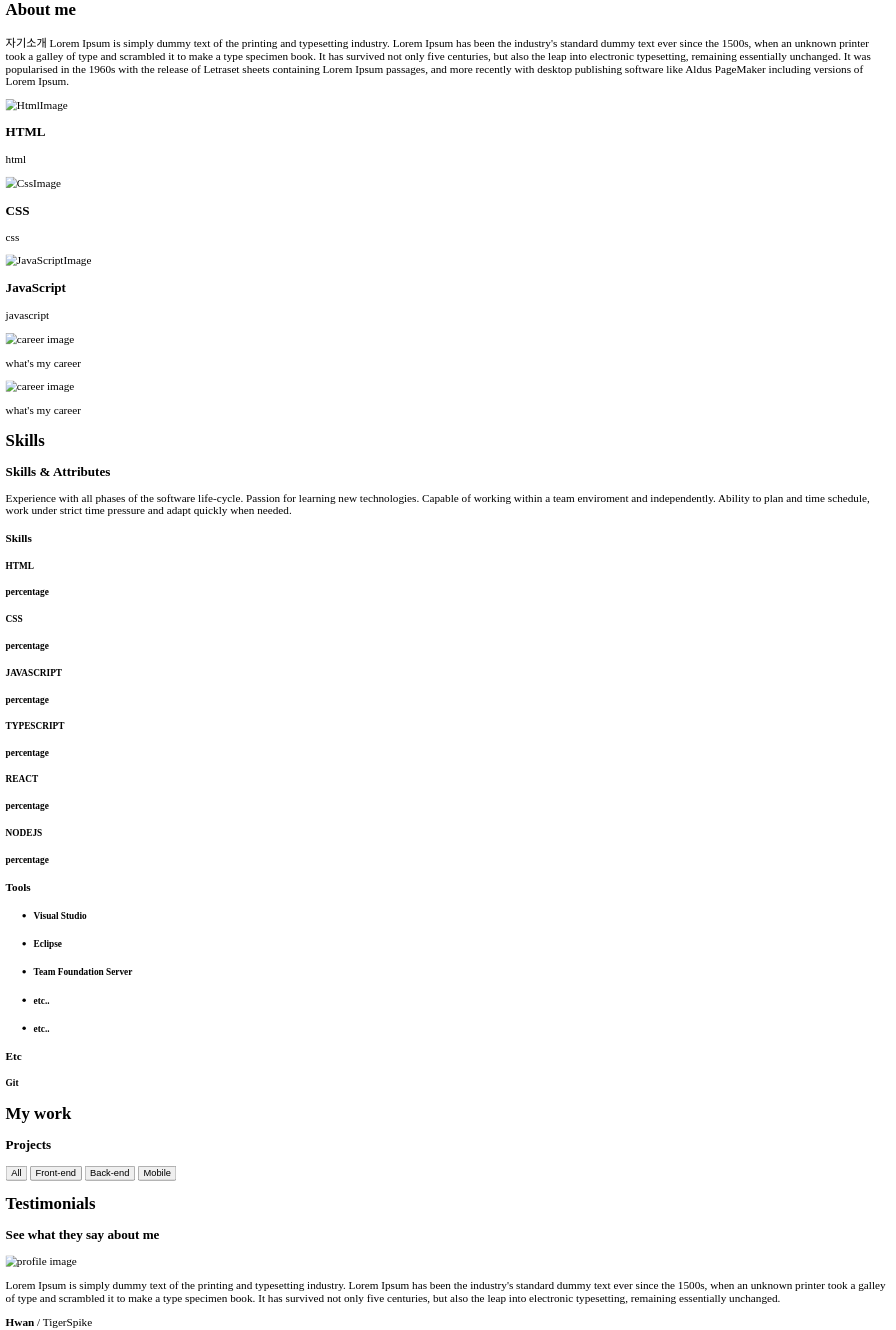
Repository: dhchun1203/Portfolio
Page: index.html
An editor plug-in stored every save of this project. The page is shown before and after the next save, followed by the edit.
The browser window is 1280 px wide. The pictures show the part of the page from y = 652 to 2552 px (the page is 2811 px tall before and 2585 px after), at 70% of full size.
A picture or video elsewhere on the page could not be fetched, so the positions and the page height are approximate. Some web libraries are served in a nearby version.

Above is the page before, as saved 2020-12-03 21:49:33.

### index.html
<!DOCTYPE html>
<html lang="en">
	<head>
		<meta charset="UTF-8" />
		<meta name="viewport" content="width=device-width, initial-scale=1.0" />
		<title>Hwan's Portfolio</title>
		<meta
			name="description"
			content="portfolio for world-renowned software engineer Hwan"
		/>
		<meta name="author" content="Hwan" />
		<link rel="icon" type="image/png" href="imgs/favicon.png" />
		<script
			src="https://kit.fontawesome.com/8b98a99811.js"
			crossorigin="anonymous"
		></script>
		<link rel="preconnect" href="https://fonts.gstatic.com" />
		<link
			href="https://fonts.googleapis.com/css2?family=Open+Sans:wght@400;600;700&display=swap"
			rel="stylesheet"
		/>
		<link rel="stylesheet" href="style.css" />
		<script src="main.js" defer></script>
	</head>
	<body>
		<!-- Navbar -->
		<nav id="navbar">
			<div class="navbar__logo">
				<i class="fab fa-diaspora"></i>
				<a href="#">Hwan</a>
			</div>
			<div class="navbar__menu">
				<ul class="navbar__menu">
					<li class="navbar__menu__item">Home</li>
					<li class="navbar__menu__item">About</li>
					<li class="navbar__menu__item">Skills</li>
					<li class="navbar__menu__item">My work</li>
					<li class="navbar__menu__item">Testimonial</li>
					<li class="navbar__menu__item">Contact</li>
				</ul>
			</div>
		</nav>
		<!-- Home -->
		<section id="home">
			<img class="home__avatar" src="imgs/profile.jpg" alt="profile" />

			<h1 class="home__title">Hello, <br />Let me introduce myself!</h1>

			<h2 class="home__description">
				A frontend Developer currently residing in Yongin, South Korea.
			</h2>
			<button class="home__contact">CONTACT ME</button>
		</section>
		<!-- About -->
		<!-- modify BEM naming -->
		<section id="about">
			<h1>About me</h1>
			<p>
				자기소개 Lorem Ipsum is simply dummy text of the printing and
				typesetting industry. Lorem Ipsum has been the industry's standard dummy
				text ever since the 1500s, when an unknown printer took a galley of type
				and scrambled it to make a type specimen book. It has survived not only
				five centuries, but also the leap into electronic typesetting, remaining
				essentially unchanged. It was popularised in the 1960s with the release
				of Letraset sheets containing Lorem Ipsum passages, and more recently
				with desktop publishing software like Aldus PageMaker including versions
				of Lorem Ipsum.
			</p>
			<div class="about__spec">
				<div class="about__spec__item">
					<img src="" alt="HtmlImage" />
					<h3>HTML</h3>
					<p>html</p>
				</div>
				<div class="about__spec__item">
					<img src="" alt="CssImage" />
					<h3>CSS</h3>
					<p>css</p>
				</div>
				<div class="about__spec__item">
					<img src="" alt="JavaScriptImage" />
					<h3>JavaScript</h3>
					<p>javascript</p>
				</div>
			</div>
			<div class="career">
				<div class="career__item">
					<img class="career__image" src="" alt="career image" />
					<p>what's my career</p>
				</div>
				<div class="career__item">
					<img class="career__image" src="" alt="career image" />
					<p>what's my career</p>
				</div>
			</div>
		</section>
		<!-- Skills -->
		<section id="skills">
			<h2 class="skills__title">Skills</h2>
			<h3 class="skills__subTitle">Skills & Attributes</h3>
			<p class="skills__description">
				Experience with all phases of the software life-cycle. Passion for
				learning new technologies. Capable of working within a team enviroment
				and independently. Ability to plan and time schedule, work under strict
				time pressure and adapt quickly when needed.
			</p>
			<div class="skills__summary">
				<div class="skills__summary__box">
					<h4 class="skills__summary__title">Skills</h4>
					<div class="skills__summary__content">
						<div class="skills__summary__skill">
							<div class="skill__header">
								<h5>HTML</h5>
								<h5>percentage</h5>
							</div>
							<div class="skill__percentageBar"></div>
						</div>
						<div class="skills__summary__skill">
							<div class="skill__header">
								<h5>CSS</h5>
								<h5>percentage</h5>
							</div>
							<div class="skill__percentageBar"></div>
						</div>
						<div class="skills__summary__skill">
							<div class="skill__header">
								<h5>JAVASCRIPT</h5>
								<h5>percentage</h5>
							</div>
							<div class="skill__percentageBar"></div>
						</div>
						<div class="skills__summary__skill">
							<div class="skill__header">
								<h5>TYPESCRIPT</h5>
								<h5>percentage</h5>
							</div>
							<div class="skill__percentageBar"></div>
						</div>
						<div class="skills__summary__skill">
							<div class="skill__header">
								<h5>REACT</h5>
								<h5>percentage</h5>
							</div>
							<div class="skill__percentageBar"></div>
						</div>
						<div class="skills__summary__skill">
							<div class="skill__header">
								<h5>NODEJS</h5>
								<h5>percentage</h5>
							</div>
							<div class="skill__percentageBar"></div>
						</div>
					</div>
				</div>
				<div class="skills__summary__secondBox">
					<div class="skills__summary__box">
						<h4 class="skills__summary__title">Tools</h4>
						<ul class="skills__summary__content">
							<li><h5>Visual Studio</h5></li>
							<li><h5>Eclipse</h5></li>
							<li><h5>Team Foundation Server</h5></li>
							<li><h5>etc..</h5></li>
							<li><h5>etc..</h5></li>
						</ul>
					</div>
					<div class="skills__summary__box">
						<h4 class="skills__summary__title">Etc</h4>
						<h5>Git</h5>
					</div>
				</div>
			</div>
		</section>
		<!-- My work -->
		<section id="myWork">
			<h2 class="myWork__title">My work</h2>
			<h3 class="myWork__subTitle">Projects</h3>
			<div class="myWork__menu">
				<button class="myWork__menu__btn">All</button>
				<button class="myWork__menu__btn">Front-end</button>
				<button class="myWork__menu__btn">Back-end</button>
				<button class="myWork__menu__btn">Mobile</button>
			</div>
			<div class="myWork__displayItems"></div>
		</section>
		<!-- Testimonial -->
		<section id="testimonial">
			<h2 class="testimonial__title">Testimonials</h2>
			<h3 class="testimonial__subTitle">See what they say about me</h3>
			<div class="testimonial__content">
				<div class="testimonial__content__item">
					<img src="" alt="profile image" class="testimonial__avatar" />
					<div class="testimonial__mention">
						<p>
							Lorem Ipsum is simply dummy text of the printing and typesetting
							industry. Lorem Ipsum has been the industry's standard dummy text
							ever since the 1500s, when an unknown printer took a galley of
							type and scrambled it to make a type specimen book. It has
							survived not only five centuries, but also the leap into
							electronic typesetting, remaining essentially unchanged.
						</p>
						<p><strong>Hwan</strong> / TigerSpike</p>
					</div>
				</div>
				<div class="testimonial__content__item">
					<img src="" alt="profile image" class="testimonial__avatar" />
					<div class="testimonial__mention">
						<p>
							Lorem Ipsum is simply dummy text of the printing and typesetting
							industry. Lorem Ipsum has been the industry's standard dummy text
							ever since the 1500s, when an unknown printer took a galley of
							type and scrambled it to make a type specimen book. It has
							survived not only five centuries, but also the leap into
							electronic typesetting, remaining essentially unchanged.
						</p>
						<p><strong>Hwan</strong> / TigerSpike</p>
					</div>
				</div>
			</div>
		</section>
		<!-- Contact -->
		<footer id="contact">
			<h2 class="contact__title">Let's talk</h2>
			<h3 class="contact__email">dhchun1203@gmail.com</h3>
			<div class="contact__socialMediaIcon">
				<i class=""></i>
				<i class=""></i>
			</div>
			<p class="contact__copyRight">
				2020 Dream Coding Hwan - All right reserved
			</p>
		</footer>
	</body>
</html>

### style.css
/* font-family: 'Open Sans', sans-serif; */

Loaded but not shown: main.js (no copy from this time; the picture is the same without it)

After the next save:
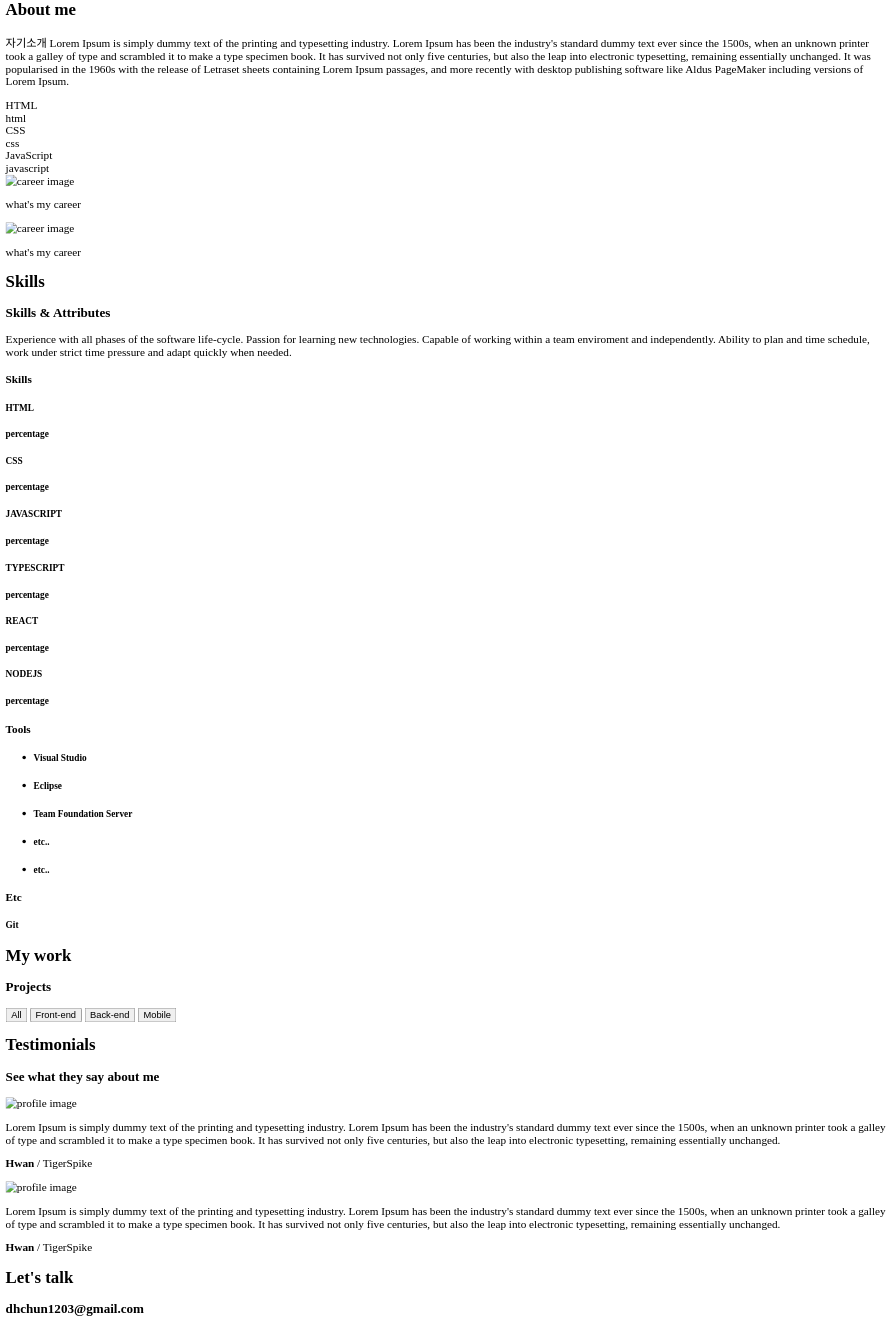
Saved 4 min 42 s later.
--- a/index.html
+++ b/index.html
@@ -66,7 +66,24 @@
 				with desktop publishing software like Aldus PageMaker including versions
 				of Lorem Ipsum.
 			</p>
-			<div class="about__spec">
+			<div class="about__majors">
+				<div class="major">
+					<div class="major__icon"></div>
+					<div class="major__title">HTML</div>
+					<div class="major__description">html</div>
+				</div>
+				<div class="major">
+					<div class="major__icon"></div>
+					<div class="major__title">CSS</div>
+					<div class="major__description">css</div>
+				</div>
+				<div class="major">
+					<div class="major__icon"></div>
+					<div class="major__title">JavaScript</div>
+					<div class="major__description">javascript</div>
+				</div>
+			</div>
+			<!-- <div class="about__spec">
 				<div class="about__spec__item">
 					<img src="" alt="HtmlImage" />
 					<h3>HTML</h3>
@@ -82,7 +99,7 @@
 					<h3>JavaScript</h3>
 					<p>javascript</p>
 				</div>
-			</div>
+			</div> -->
 			<div class="career">
 				<div class="career__item">
 					<img class="career__image" src="" alt="career image" />
